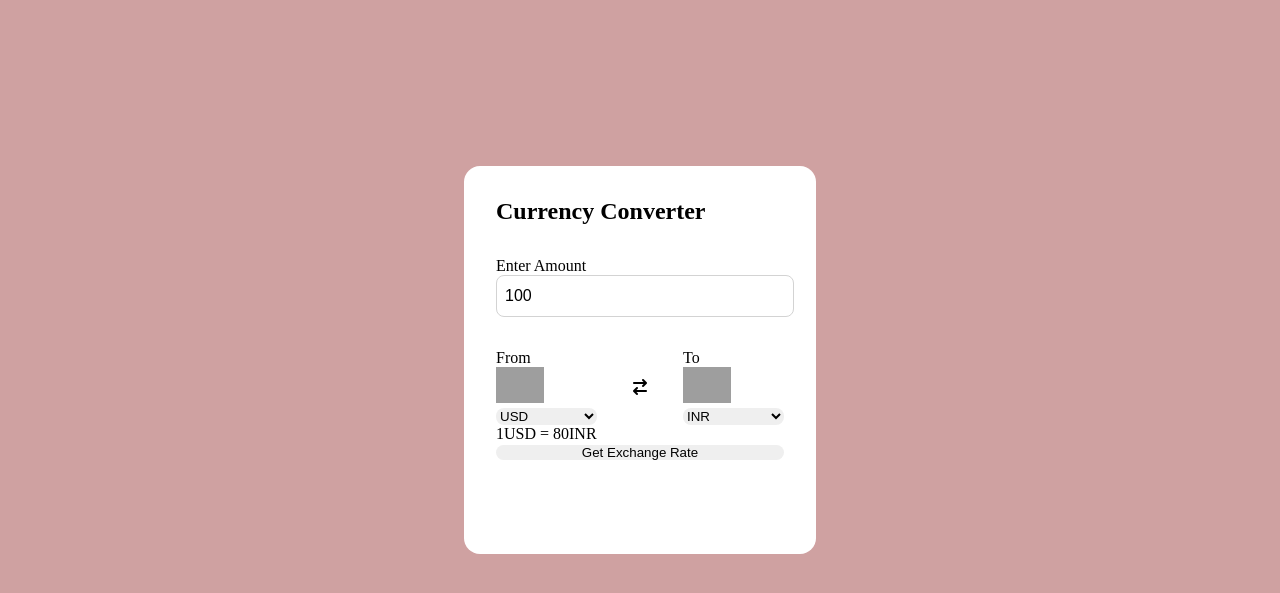
Repository: Chiranshukapil/Currency-Converter
Page: index.html
The author's editor kept a copy of each file at every save. The page is drawn from the files as they stood at one save, then again after the next save.
The browser window is 1280 px wide. The pictures show the whole page.
Pictures or frames that could not be fetched are drawn as grey boxes.

Above is the page before, as saved 2024-07-01 04:19:00.

After the next save:
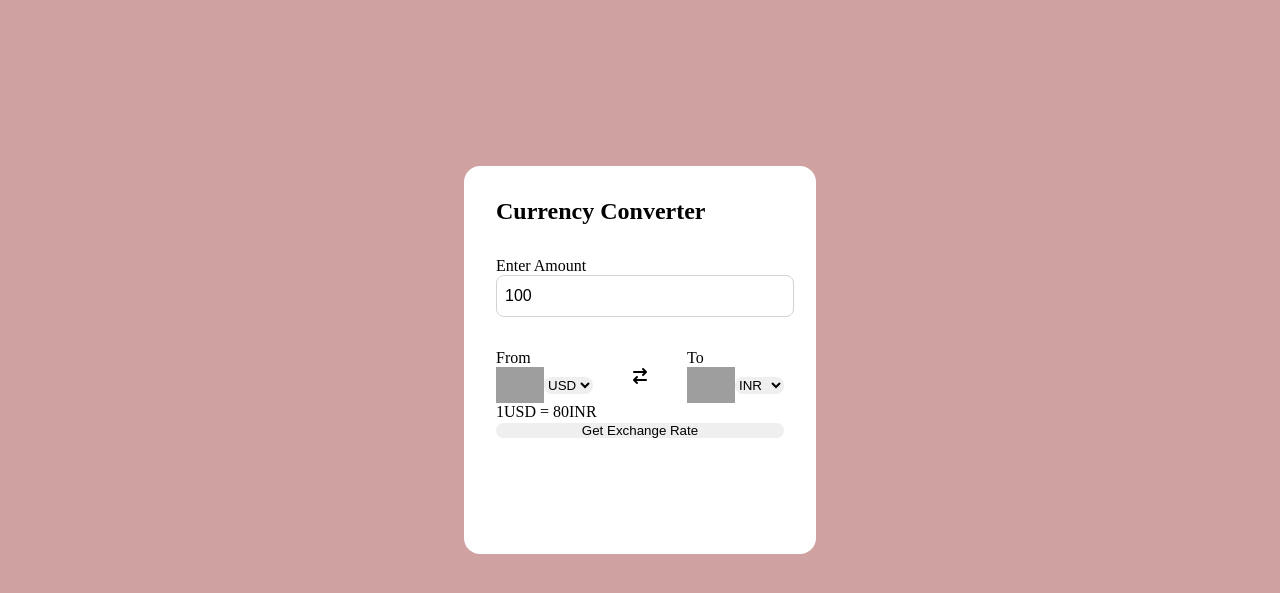
Saved 14 s later.
--- a/style.css
+++ b/style.css
@@ -55,7 +55,7 @@ form input{
 }
 
 .select-container{
-    /* display: flex;
+    display: flex;
     align-items: center;
-    justify-content: center; */
+    justify-content: center;
 }
